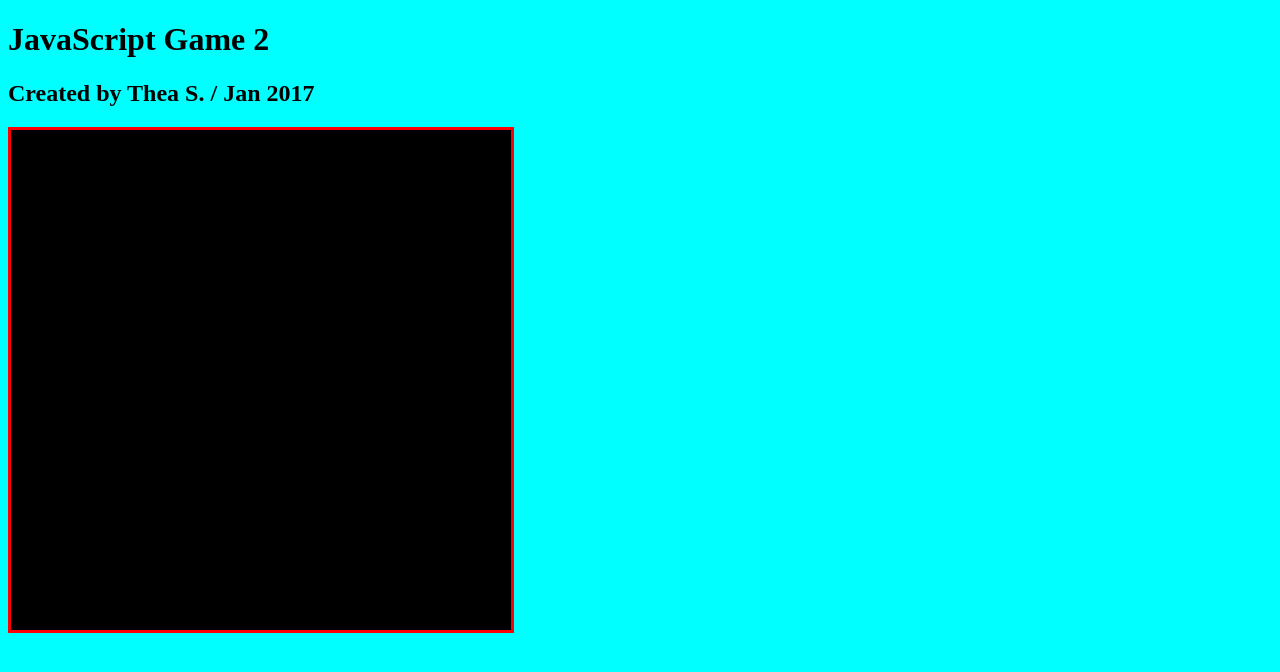
Repository: m-rabbit/b1_sukianto_code
Page: websites/JS_Game_02/index.html
The author's editor kept a copy of each file at every save. The page is drawn from the files as they stood at one save, then again after the next save.
The browser window is 1280 px wide. The pictures show the whole page.

Above is the page before, as saved 2017-02-15 15:33:59.

After the next save:
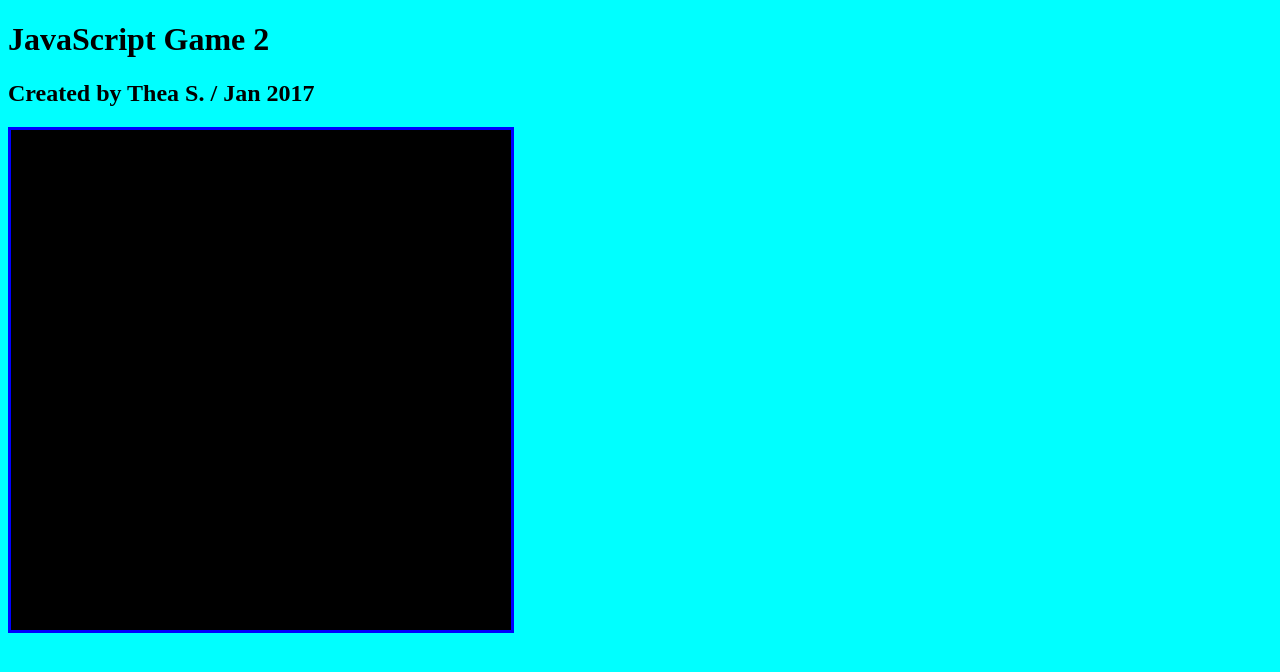
Saved 12 s later.
--- a/websites/JS_Game_02/index.html
+++ b/websites/JS_Game_02/index.html
@@ -7,7 +7,7 @@
 				background-color: #00FFFF;
 			}
 			canvas {
-				border: 3px solid red;
+				border: 3px solid blue;
 				background-color: #000000;
 			}
 		</style>
